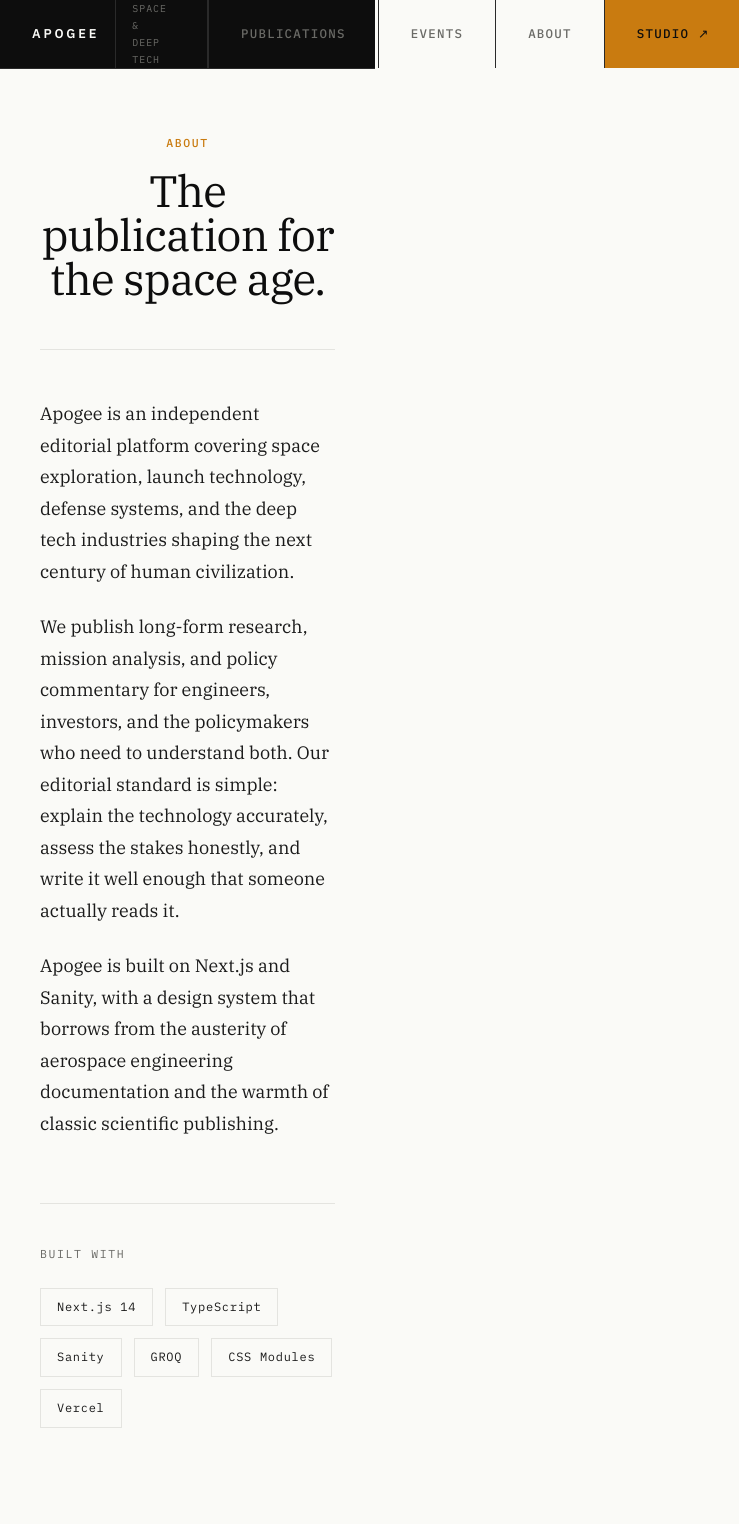
Repository: aricmoore/apogee
Page: /about
The author's editor kept a copy of each file at every save. The page is drawn from the files as they stood at one save, then again after the next save.
The browser window is 375 px wide. The page is 739 px wide, then 528 px, so the pictures cover 739 px, including what lies to the right of the window. The pictures show the whole page.
The project was rebuilt for these pictures with package versions that can differ from the ones it lists, and the page was loaded fresh each time. The framework's server and built-in components were replaced by stand-ins that run in the browser. Also part of the build but not shown: next.config.ts.

Above is the page before, as saved 2026-04-12 20:27:42.

After the next save:
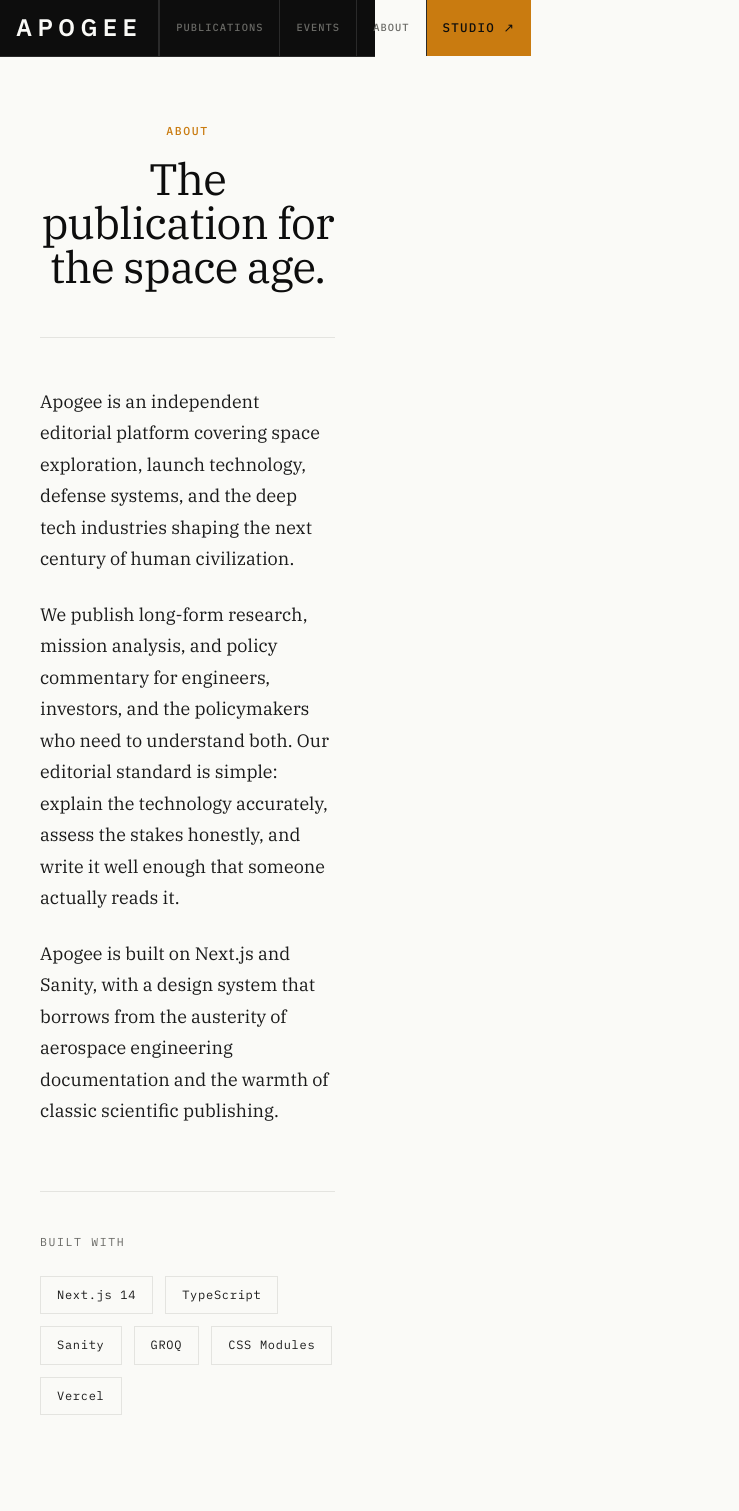
Saved 30 s later.
--- a/src/components/Nav.module.css
+++ b/src/components/Nav.module.css
@@ -83,3 +83,14 @@
 }
 
 .studio:hover { background: var(--amber-light); }
+
+@media (max-width: 768px) {
+  .tagline { display: none; }
+  .link { padding: 0 var(--space-4); font-size: 0.65rem; }
+  .studio { padding: 0 var(--space-4); }
+}
+
+@media (max-width: 500px) {
+  .inner { padding: 0 var(--space-4); }
+  .wordmark { font-size: 1.5rem; padding-right: var(--space-4); }
+}
